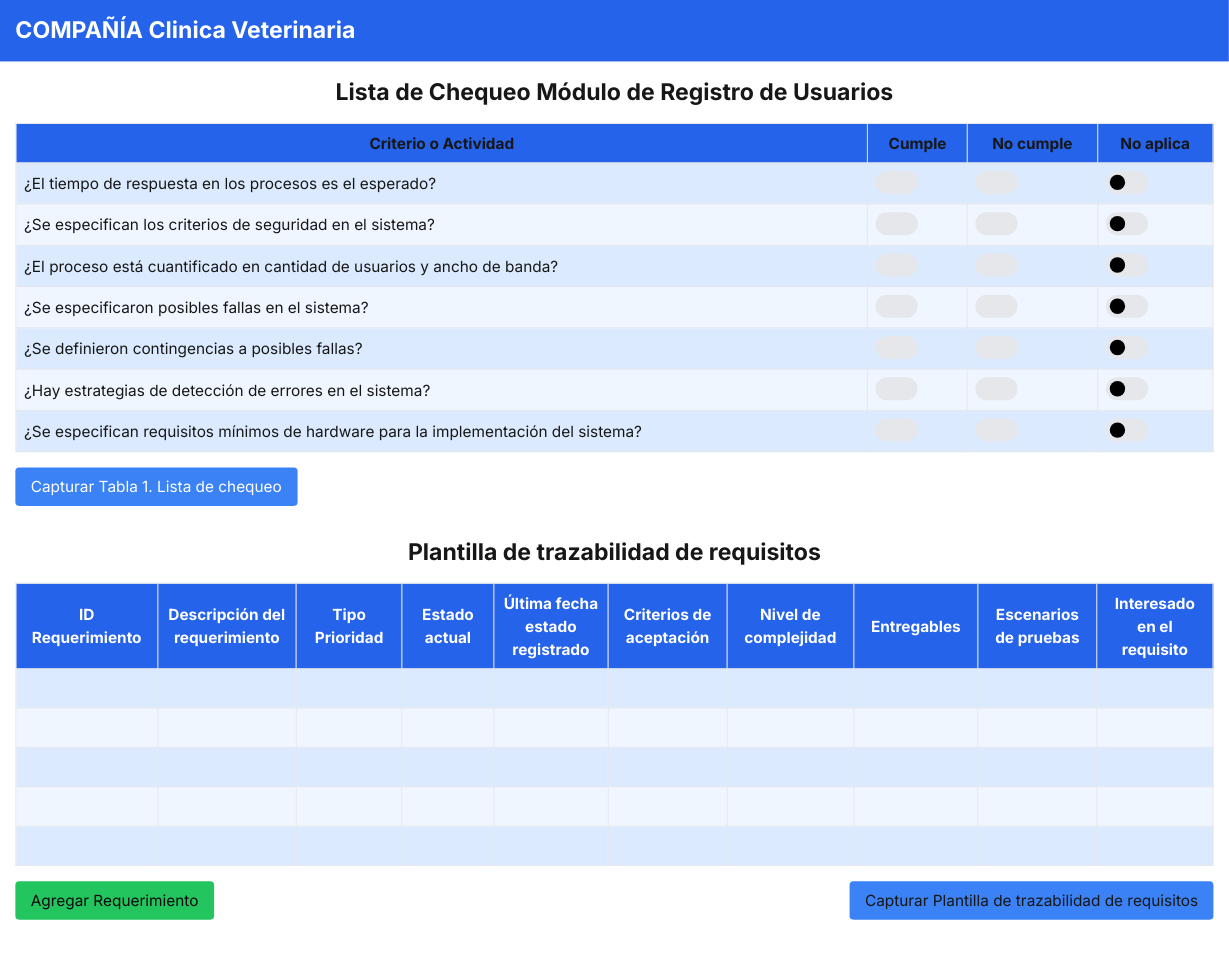
Repository: CiroAlfa/lista-de-Chequeo
Page: /
An editor plug-in stored every save of this project. The page is shown before and after the next save, followed by the edit.
The browser window is 1280 px wide. The pictures show the whole page, at 96% of full size.
The project was rebuilt for these pictures with package versions that can differ from the ones it lists, and the page was loaded fresh each time. The framework's server and built-in components were replaced by stand-ins that run in the browser. Also part of the build but not shown: next.config.mjs.

Above is the page before, as saved 2024-09-27 13:05:01.

### src/app/layout.tsx
import './globals.css'
import type { Metadata } from 'next'
import { Inter } from 'next/font/google'

const inter = Inter({ subsets: ['latin'] })

export const metadata: Metadata = {
  title: 'Checklist App - Clinica Veterinaria',
  description: 'Aplicación de chequeo y trazabilidad de requisitos',
}

export default function RootLayout({
  children,
}: {
  children: React.ReactNode
}) {
  return (
    <html lang="es">
      <body className={inter.className}>
        <header className="bg-blue-600 text-white p-4">
          <h1 className="text-2xl font-bold">COMPAÑÍA Clinica Veterinaria</h1>
        </header>
        {children}
      </body>
    </html>
  )
}

### src/app/page.tsx
'use client'

import { useState } from 'react'
import { Switch } from '@headlessui/react'
import html2canvas from 'html2canvas'

interface ChecklistItem {
  id: number
  criteria: string
  cumple: boolean
  noCumple: boolean
  noAplica: boolean
}

interface RequirementItem {
  id: string
  description: string
  priority: string
  status: string
  lastUpdated: string
  acceptanceCriteria: string
  complexity: string
  deliverables: string
  testScenarios: string
  stakeholder: string
}

const initialChecklist: ChecklistItem[] = [
  { id: 1, criteria: '¿El tiempo de respuesta en los procesos es el esperado?', cumple: false, noCumple: false, noAplica: false },
  { id: 2, criteria: '¿Se especifican los criterios de seguridad en el sistema?', cumple: false, noCumple: false, noAplica: false },
  { id: 3, criteria: '¿El proceso está cuantificado en cantidad de usuarios y ancho de banda?', cumple: false, noCumple: false, noAplica: false },
  { id: 4, criteria: '¿Se especificaron posibles fallas en el sistema?', cumple: false, noCumple: false, noAplica: false },
  { id: 5, criteria: '¿Se definieron contingencias a posibles fallas?', cumple: false, noCumple: false, noAplica: false },
  { id: 6, criteria: '¿Hay estrategias de detección de errores en el sistema?', cumple: false, noCumple: false, noAplica: false },
  { id: 7, criteria: '¿Se especifican requisitos mínimos de hardware para la implementación del sistema?', cumple: false, noCumple: false, noAplica: false },
]

const initialRequirements: RequirementItem[] = Array(5).fill(null).map((_, index) => ({
  id: ``,
  description: '',
  priority: '',
  status: '',
  lastUpdated: '',
  acceptanceCriteria: '',
  complexity: '',
  deliverables: '',
  testScenarios: '',
  stakeholder: '',
}))

export default function Home() {
  const [checklist, setChecklist] = useState<ChecklistItem[]>(initialChecklist)
  const [requirements, setRequirements] = useState<RequirementItem[]>(initialRequirements)

  const handleChecklistChange = (id: number, field: 'cumple' | 'noCumple' | 'noAplica') => {
    setChecklist(checklist.map(item => {
      if (item.id === id) {
        const newItem = { ...item, [field]: !item[field] }
        if (newItem[field]) {
          newItem.cumple = field === 'cumple'
          newItem.noCumple = field === 'noCumple'
          newItem.noAplica = field === 'noAplica'
        }
        return newItem
      }
      return item
    }))
  }

  const handleRequirementChange = (id: string, field: keyof RequirementItem, value: string) => {
    setRequirements(requirements.map(item =>
      item.id === id ? { ...item, [field]: value } : item
    ))
  }

  const addRequirement = () => {
    const newId = `REQ00${requirements.length + 1}`
    setRequirements([...requirements, {
      id: newId,
      description: '',
      priority: '',
      status: '',
      lastUpdated: '',
      acceptanceCriteria: '',
      complexity: '',
      deliverables: '',
      testScenarios: '',
      stakeholder: '',
    }])
  }

  const captureScreenshot = async (elementId: string, fileName: string) => {
    const element = document.getElementById(elementId)
    if (element) {
      const canvas = await html2canvas(element)
      const image = canvas.toDataURL('image/png')
      const link = document.createElement('a')
      link.href = image
      link.download = fileName
      link.click()
    }
  }

  return (
    <main className="container mx-auto p-4">
      <div className="mb-8" id="checklist-table">
        <h2 className="text-2xl font-bold mb-4 text-center">Lista de Chequeo Módulo de Registro de Usuarios</h2>
        <table className="w-full border-collapse">
          <thead>
            <tr className="bg-blue-600 text-red">
              <th className="border p-2">Criterio o Actividad</th>
              <th className="border p-2">Cumple</th>
              <th className="border p-2">No cumple</th>
              <th className="border p-2">No aplica</th>
            </tr>
          </thead>
          <tbody>
            {checklist.map((item, index) => (
              <tr key={item.id} className={index % 2 === 0 ? 'bg-blue-100' : 'bg-blue-50'}>
                <td className="border p-2">{item.criteria}</td>
                <td className="border p-2">
                  <Switch
                    checked={item.cumple}
                    onChange={() => handleChecklistChange(item.id, 'cumple')}
                    className={`${item.cumple ? 'bg-blue-600' : 'bg-gray-200'} relative inline-flex h-6 w-11 items-center rounded-full`}
                  >
                    <span className={`${item.cumple ? 'translate-x-6' : 'translate-x-1'} inline-block h-4 w-4 transform rounded-full bg-red`} />
                  </Switch>
                </td>
                <td className="border p-2">
                  <Switch
                    checked={item.noCumple}
                    onChange={() => handleChecklistChange(item.id, 'noCumple')}
                    className={`${item.noCumple ? 'bg-blue-600' : 'bg-gray-200'} relative inline-flex h-6 w-11 items-center rounded-full`}
                  >
                    <span className={`${item.noCumple ? 'translate-x-6' : 'translate-x-1'} inline-block h-4 w-4 transform rounded-full bg-red transition`} />
                  </Switch>
                </td>
                <td className="border p-2">
                  <Switch
                    checked={item.noAplica}
                    onChange={() => handleChecklistChange(item.id, 'noAplica')}
                    className={`${item.noAplica ? 'bg-blue-600' : 'bg-gray-200'} relative inline-flex h-6 w-11 items-center rounded-full`}
                  >
                    <span className={`${item.noAplica ? 'translate-x-6' : 'translate-x-1'} inline-block h-4 w-4 transform rounded-full bg-black transition`} />
                  </Switch>
                </td>
              </tr>
            ))}
          </tbody>
        </table>
        <button
          onClick={() => captureScreenshot('checklist-table', 'lista-de-chequeo.png')}
          className="mt-4 bg-blue-500 text-white px-4 py-2 rounded hover:bg-blue-600 transition-colors"
        >
          Capturar Tabla 1. Lista de chequeo
        </button>
      </div>

      <div className="mb-8" id="requirements-table">
        <h2 className="text-2xl font-bold mb-4 text-center">Plantilla de trazabilidad de requisitos</h2>
        <table className="w-full border-collapse">
          <thead>
            <tr className="bg-blue-600 text-white">
              <th className="border p-2">ID Requerimiento</th>
              <th className="border p-2">Descripción del requerimiento</th>
              <th className="border p-2">Tipo Prioridad</th>
              <th className="border p-2">Estado actual</th>
              <th className="border p-2">Última fecha estado registrado</th>
              <th className="border p-2">Criterios de aceptación</th>
              <th className="border p-2">Nivel de complejidad</th>
              <th className="border p-2">Entregables</th>
              <th className="border p-2">Escenarios de pruebas</th>
              <th className="border p-2">Interesado en el requisito</th>
            </tr>
          </thead>
          <tbody>
            {requirements.map((item, index) => (
              <tr key={index} className={index % 2 === 0 ? 'bg-blue-100' : 'bg-blue-50'}>
                <td className="border p-2">
                  <input
                    type="text"
                    value={item.id}
                    onChange={(e) => handleRequirementChange(item.id, 'id', e.target.value)}
                    className="w-full bg-transparent"
                  />
                </td>
                <td className="border p-2">
                  <input
                    type="text"
                    value={item.description}
                    onChange={(e) => handleRequirementChange(item.id, 'description', e.target.value)}
                    className="w-full bg-transparent"
                  />
                </td>
                <td className="border p-2">
                  <input
                    type="text"
                    value={item.priority}
                    onChange={(e) => handleRequirementChange(item.id, 'priority', e.target.value)}
                    className="w-full bg-transparent"
                  />
                </td>
                <td className="border p-2">
                  <input
                    type="text"
                    value={item.status}
                    onChange={(e) => handleRequirementChange(item.id, 'status', e.target.value)}
                    className="w-full bg-transparent"
                  />
                </td>
                <td className="border p-2">
                  <input
                    type="text"
                    value={item.lastUpdated}
                    onChange={(e) => handleRequirementChange(item.id, 'lastUpdated', e.target.value)}
                    className="w-full bg-transparent"
                  />
                </td>
                <td className="border p-2">
                  <input
                    type="text"
                    value={item.acceptanceCriteria}
                    onChange={(e) => handleRequirementChange(item.id, 'acceptanceCriteria', e.target.value)}
                    className="w-full bg-transparent"
                  />
                </td>
                <td className="border p-2">
                  <input
                    type="text"
                    value={item.complexity}
                    onChange={(e) => handleRequirementChange(item.id, 'complexity', e.target.value)}
                    className="w-full bg-transparent"
                  />
                </td>
                <td className="border p-2">
                  <input
                    type="text"
                    value={item.deliverables}
                    onChange={(e) => handleRequirementChange(item.id, 'deliverables', e.target.value)}
                    className="w-full bg-transparent"
                  />
                </td>
                <td className="border p-2">
                  <input
                    type="text"
                    value={item.testScenarios}
                    onChange={(e) => handleRequirementChange(item.id, 'testScenarios', e.target.value)}
                    className="w-full bg-transparent"
                  />
                </td>
                <td className="border p-2">
                  <input
                    type="text"
                    value={item.stakeholder}
                    onChange={(e) => handleRequirementChange(item.id, 'stakeholder', e.target.value)}
                    className="w-full bg-transparent"
                  />
                </td>
              </tr>
            ))}
          </tbody>
        </table>
        <div className="mt-4 flex justify-between">
          <button
            onClick={addRequirement}
            className="bg-green-500 text-zinc-950 px-4 py-2 rounded hover:bg-green-600 transition-colors"
          >
            Agregar Requerimiento
          </button>
          <button
            onClick={() => captureScreenshot('requirements-table', 'plantilla-trazabilidad-requisitos.png')}
            className="bg-blue-500 text-neutral-900 px-4 py-2 rounded hover:bg-blue-600 transition-colors"
          >
            Capturar Plantilla de trazabilidad de requisitos
          </button>
        </div>
      </div>
    </main>
  )
}

Loaded but not shown: src/app/globals.css (common file); tailwind.config.ts (common file)

After the next save:
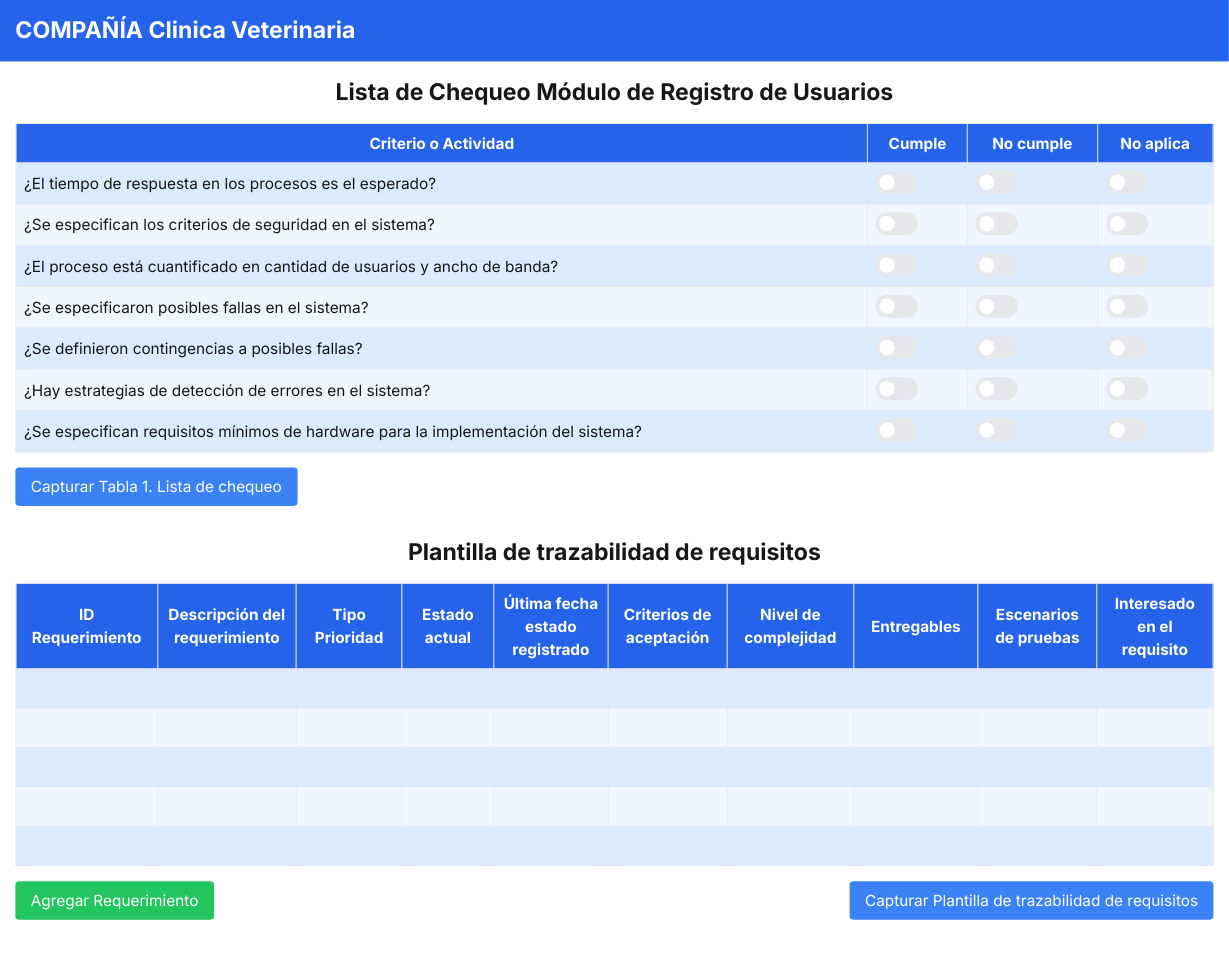
Saved 31 s later.
--- a/src/app/page.tsx
+++ b/src/app/page.tsx
@@ -107,7 +107,7 @@ export default function Home() {
         <h2 className="text-2xl font-bold mb-4 text-center">Lista de Chequeo Módulo de Registro de Usuarios</h2>
         <table className="w-full border-collapse">
           <thead>
-            <tr className="bg-blue-600 text-red">
+            <tr className="bg-blue-600 text-white">
               <th className="border p-2">Criterio o Actividad</th>
               <th className="border p-2">Cumple</th>
               <th className="border p-2">No cumple</th>
@@ -124,7 +124,7 @@ export default function Home() {
                     onChange={() => handleChecklistChange(item.id, 'cumple')}
                     className={`${item.cumple ? 'bg-blue-600' : 'bg-gray-200'} relative inline-flex h-6 w-11 items-center rounded-full`}
                   >
-                    <span className={`${item.cumple ? 'translate-x-6' : 'translate-x-1'} inline-block h-4 w-4 transform rounded-full bg-red`} />
+                    <span className={`${item.cumple ? 'translate-x-6' : 'translate-x-1'} inline-block h-4 w-4 transform rounded-full bg-white transition`} />
                   </Switch>
                 </td>
                 <td className="border p-2">
@@ -133,7 +133,7 @@ export default function Home() {
                     onChange={() => handleChecklistChange(item.id, 'noCumple')}
                     className={`${item.noCumple ? 'bg-blue-600' : 'bg-gray-200'} relative inline-flex h-6 w-11 items-center rounded-full`}
                   >
-                    <span className={`${item.noCumple ? 'translate-x-6' : 'translate-x-1'} inline-block h-4 w-4 transform rounded-full bg-red transition`} />
+                    <span className={`${item.noCumple ? 'translate-x-6' : 'translate-x-1'} inline-block h-4 w-4 transform rounded-full bg-white transition`} />
                   </Switch>
                 </td>
                 <td className="border p-2">
@@ -142,7 +142,7 @@ export default function Home() {
                     onChange={() => handleChecklistChange(item.id, 'noAplica')}
                     className={`${item.noAplica ? 'bg-blue-600' : 'bg-gray-200'} relative inline-flex h-6 w-11 items-center rounded-full`}
                   >
-                    <span className={`${item.noAplica ? 'translate-x-6' : 'translate-x-1'} inline-block h-4 w-4 transform rounded-full bg-black transition`} />
+                    <span className={`${item.noAplica ? 'translate-x-6' : 'translate-x-1'} inline-block h-4 w-4 transform rounded-full bg-white transition`} />
                   </Switch>
                 </td>
               </tr>
@@ -264,13 +264,13 @@ export default function Home() {
         <div className="mt-4 flex justify-between">
           <button
             onClick={addRequirement}
-            className="bg-green-500 text-zinc-950 px-4 py-2 rounded hover:bg-green-600 transition-colors"
+            className="bg-green-500 text-white px-4 py-2 rounded hover:bg-green-600 transition-colors"
           >
             Agregar Requerimiento
           </button>
           <button
             onClick={() => captureScreenshot('requirements-table', 'plantilla-trazabilidad-requisitos.png')}
-            className="bg-blue-500 text-neutral-900 px-4 py-2 rounded hover:bg-blue-600 transition-colors"
+            className="bg-blue-500 text-white px-4 py-2 rounded hover:bg-blue-600 transition-colors"
           >
             Capturar Plantilla de trazabilidad de requisitos
           </button>
